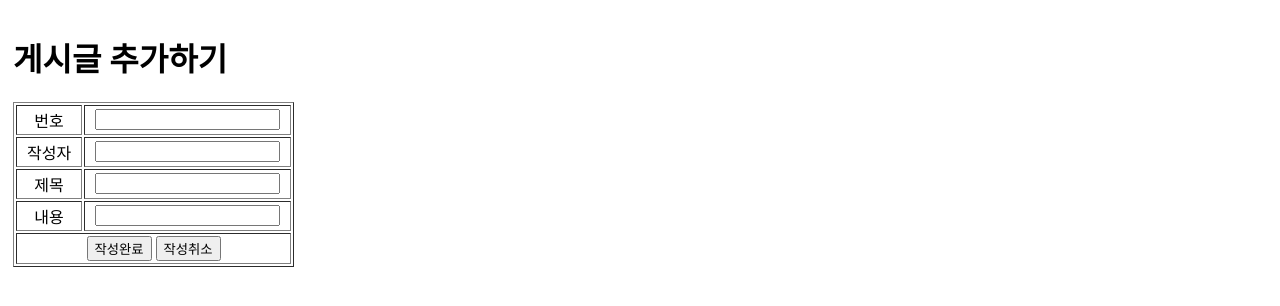
Repository: jjuhye/JSPWorkspace
Page: http://localhost/basic/00_board/_04_addBoard.jsp
The author's editor kept a copy of each file at every save. The page is drawn from the files as they stood at one save, then again after the next save.
The browser window is 1280 px wide. The pictures show the whole page.
The page is served by Tomcat 9. Other server files are loaded and not shown.

Above is the page before, as saved 2023-02-24 07:34:11.

### basic/src/main/webapp/00_board/_04_addBoard.jsp
<%@ page language="java" contentType="text/html; charset=UTF-8"
    pageEncoding="UTF-8"%>
<!DOCTYPE html>
<html>
<head>
<meta charset="UTF-8">
<title>게시글 추가</title>
<link rel="stylesheet" href="./board.css">
</head>
<body>
<div>
	<h1> 게시글 추가하기 </h1>
	<form action="_04_addBoardPro.jsp" method="post">
	<table border="1">
		<tr><td>번호</td>
		<td><input></td></tr>
		<tr><td>작성자</td>
		<td><input></td></tr>
		<tr><td>제목</td>
		<td><input></td></tr>
		<tr><td>내용</td>
		<td><input></td></tr>
		<tr><td colspan="2"><input type="button" name="write" value="작성완료">
	    	<button onclick="location.href='_00_main.jsp'">작성취소</button></td></tr>

	</table><br>
	</form>
	<!-- <a href="_00_main.jsp">뒤로가기</a> -->
</div>
</body>
</html>

### basic/src/main/webapp/00_board/board.css
@charset "UTF-8";



div{
	padding: 5px;
}

td{
	padding: 2px 10px;
	text-align:center;
}

After the next save:
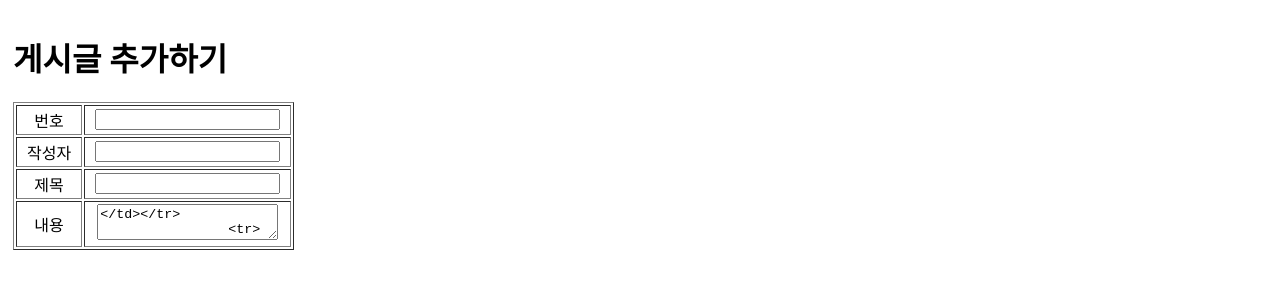
Saved 65 s later.
--- a/basic/src/main/webapp/00_board/_04_addBoard.jsp
+++ b/basic/src/main/webapp/00_board/_04_addBoard.jsp
@@ -19,7 +19,7 @@
 		<tr><td>제목</td>
 		<td><input></td></tr>
 		<tr><td>내용</td>
-		<td><input></td></tr>
+		<td><textarea></td></tr>
 		<tr><td colspan="2"><input type="button" name="write" value="작성완료">
 	    	<button onclick="location.href='_00_main.jsp'">작성취소</button></td></tr>
 
